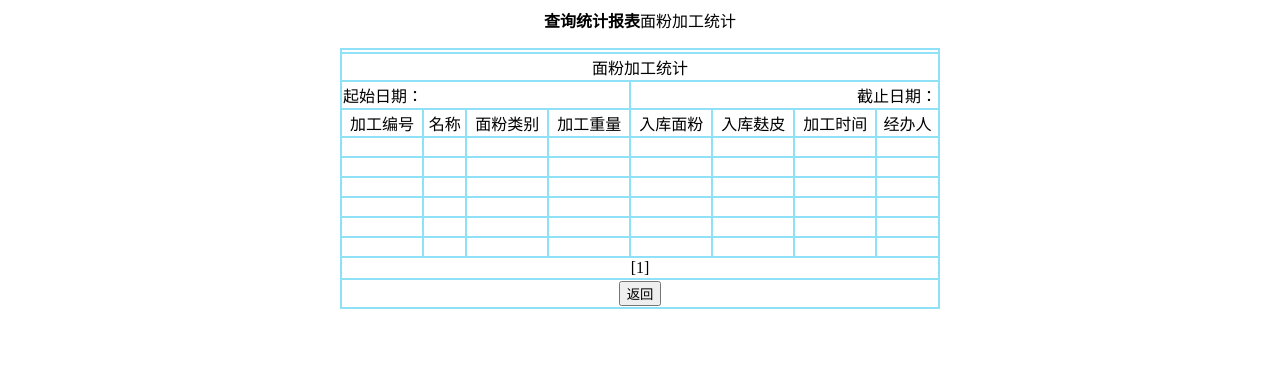
Repository: yuxingyan/OneCrewFlour
Page: http://localhost/Flour/showuse.jsp
An editor plug-in stored every save of this project. The page is shown before and after the next save, followed by the edit.
The browser window is 1280 px wide. The pictures show the whole page.
The page is served by Tomcat 9. Nobody is signed in. The application's start-up code is not run. Other server files are loaded and not shown.

Above is the page before, as saved 2018-01-11 07:20:57.

### Flour/WebRoot/showuse.jsp
<%@ page language="java" import="java.util.*" pageEncoding="utf-8"%>
<%
String path = request.getContextPath();
String basePath = request.getScheme()+"://"+request.getServerName()+":"+request.getServerPort()+path+"/";
%>

<!DOCTYPE HTML PUBLIC "-//W3C//DTD HTML 4.01 Transitional//EN">
<html>
  <head>
    <base href="<%=basePath%>">

    <title>My JSP 'showuse.jsp' starting page</title>

	<meta http-equiv="pragma" content="no-cache">
	<meta http-equiv="cache-control" content="no-cache">
	<meta http-equiv="expires" content="0">
	<meta http-equiv="keywords" content="keyword1,keyword2,keyword3">
	<meta http-equiv="description" content="This is my page">
	<!--
	<link rel="stylesheet" type="text/css" href="styles.css">
	-->

  </head>

  <body>
     <center>
    <form name="面粉加工统计" action="" method="post">
    <p><b>查询统计报表</b>面粉加工统计</p>
     <table border="1" width="600"  cellspacing="0" bordercolor="#8EE1F6">
    <tr><td colspan="10" ></td></tr>
     <tr height="20px"><td align="center" colspan="8" >面粉加工统计</td></tr>
     <tr height="20px"><td align="left" colspan="4" >起始日期：</td><td align="right" colspan="4" >截止日期：</td>
     <tr>
    <td align="center">加工编号</td>
     <td align="center">名称</td>
      <td align="center">面粉类别</td>
       <td align="center">加工重量</td>
        <td align="center">入库面粉</td>
        <td align="center">入库麸皮</td>
        <td align="center">加工时间</td>
        <td align="center">经办人</td>
    </tr>
    <tr height="20px"><td></td><td></td><td></td><td></td><td></td><td></td><td></td><td></td></tr>
    <tr height="20px"><td></td><td></td><td></td><td></td><td></td><td></td><td></td><td></td></tr>
    <tr height="20px"><td></td><td></td><td></td><td></td><td></td><td></td><td></td><td></td></tr>
    <tr height="20px"><td></td><td></td><td></td><td></td><td></td><td></td><td></td><td></td></tr>
    <tr height="20px"><td></td><td></td><td></td><td></td><td><td></td><td></td><td></td></td></tr>
    <tr height="20px"><td></td><td></td><td></td><td></td><td><td></td><td></td><td></td></td></tr>
    <tr><td align="center" colspan="10" >[1]</td></tr>
    <tr><td align="center" colspan="10" >
      <button type="button">返回</button>
      </td></tr>
    </table>
    </form>
    </center>
  </body>
</html>

After the next save:
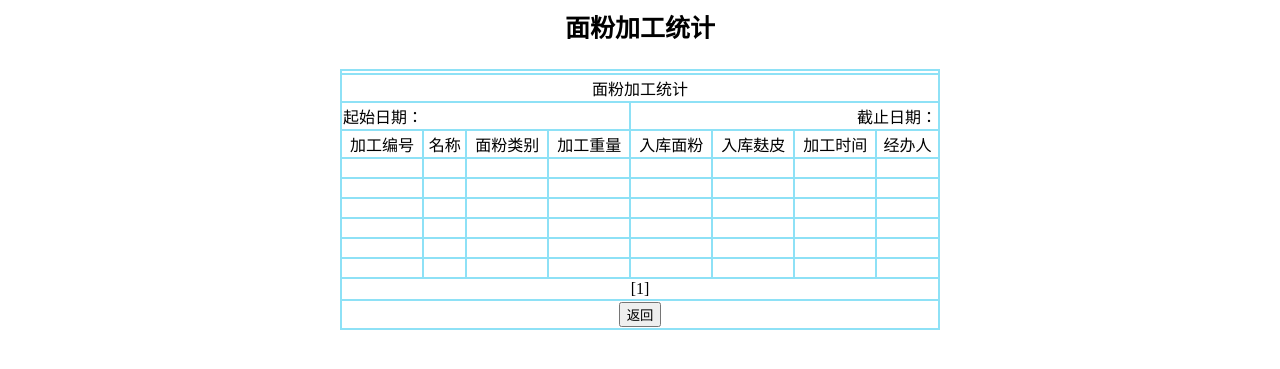
Saved 11 s later.
--- a/Flour/WebRoot/showuse.jsp
+++ b/Flour/WebRoot/showuse.jsp
@@ -25,7 +25,7 @@ String basePath = request.getScheme()+"://"+request.getServerName()+":"+request.
   <body>
      <center>
     <form name="面粉加工统计" action="" method="post">
-    <p><b>查询统计报表</b>面粉加工统计</p>
+   <strong style="font-size:25px">面粉加工统计</p>
      <table border="1" width="600"  cellspacing="0" bordercolor="#8EE1F6">
     <tr><td colspan="10" ></td></tr>
      <tr height="20px"><td align="center" colspan="8" >面粉加工统计</td></tr>
